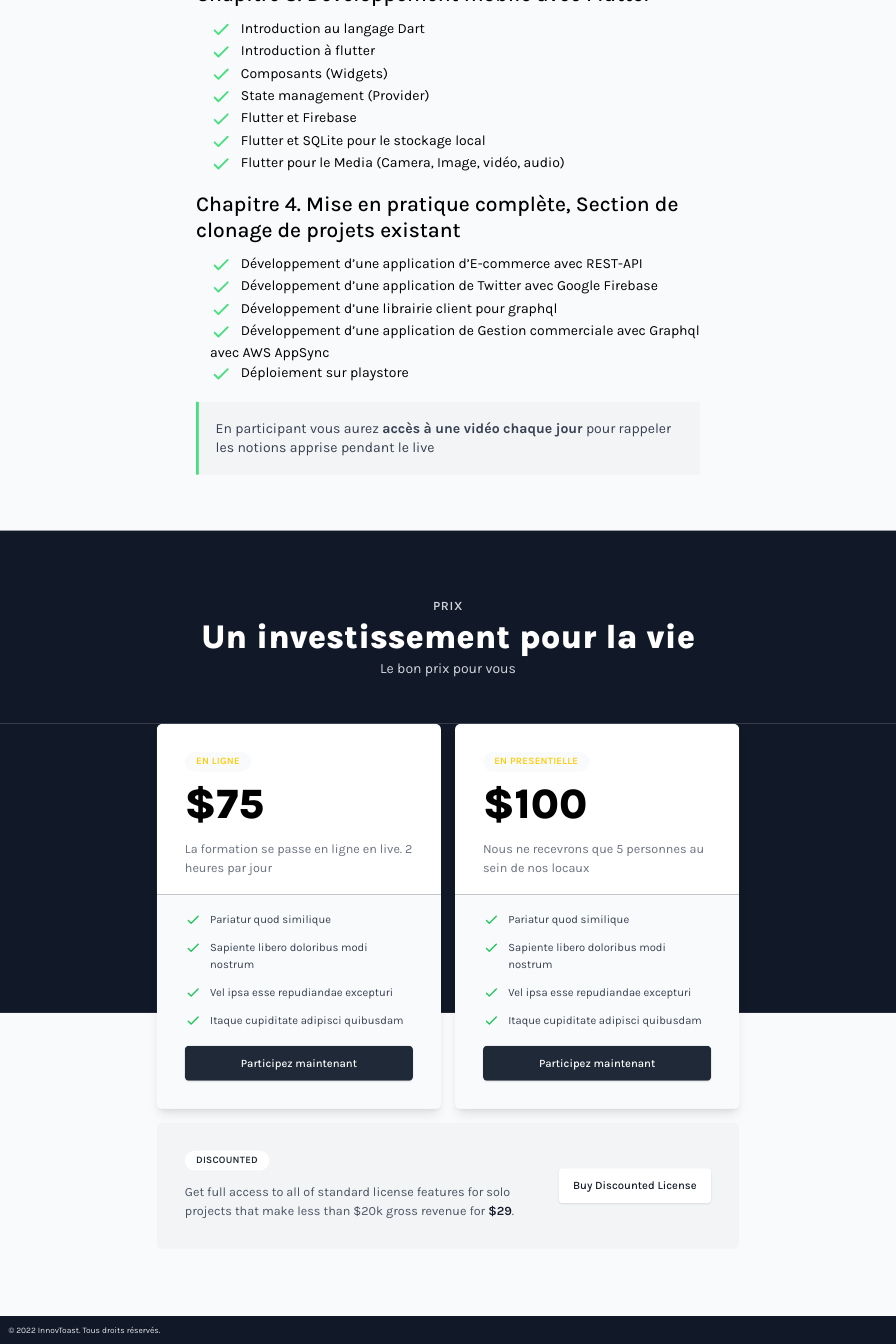
Repository: alfredlwanzo/course
Page: /
The author's editor kept a copy of each file at every save. The page is drawn from the files as they stood at one save, then again after the next save.
The browser window is 1280 px wide. The pictures show the part of the page from y = 1730 to 3650 px (the page is 3650 px tall), at 70% of full size.
The project was rebuilt for these pictures with package versions that can differ from the ones it lists, and the page was loaded fresh each time. The framework's server and built-in components were replaced by stand-ins that run in the browser. Also part of the build but not shown: next.config.js.

Above is the page before, as saved 2022-08-09 13:13:10.

After the next save:
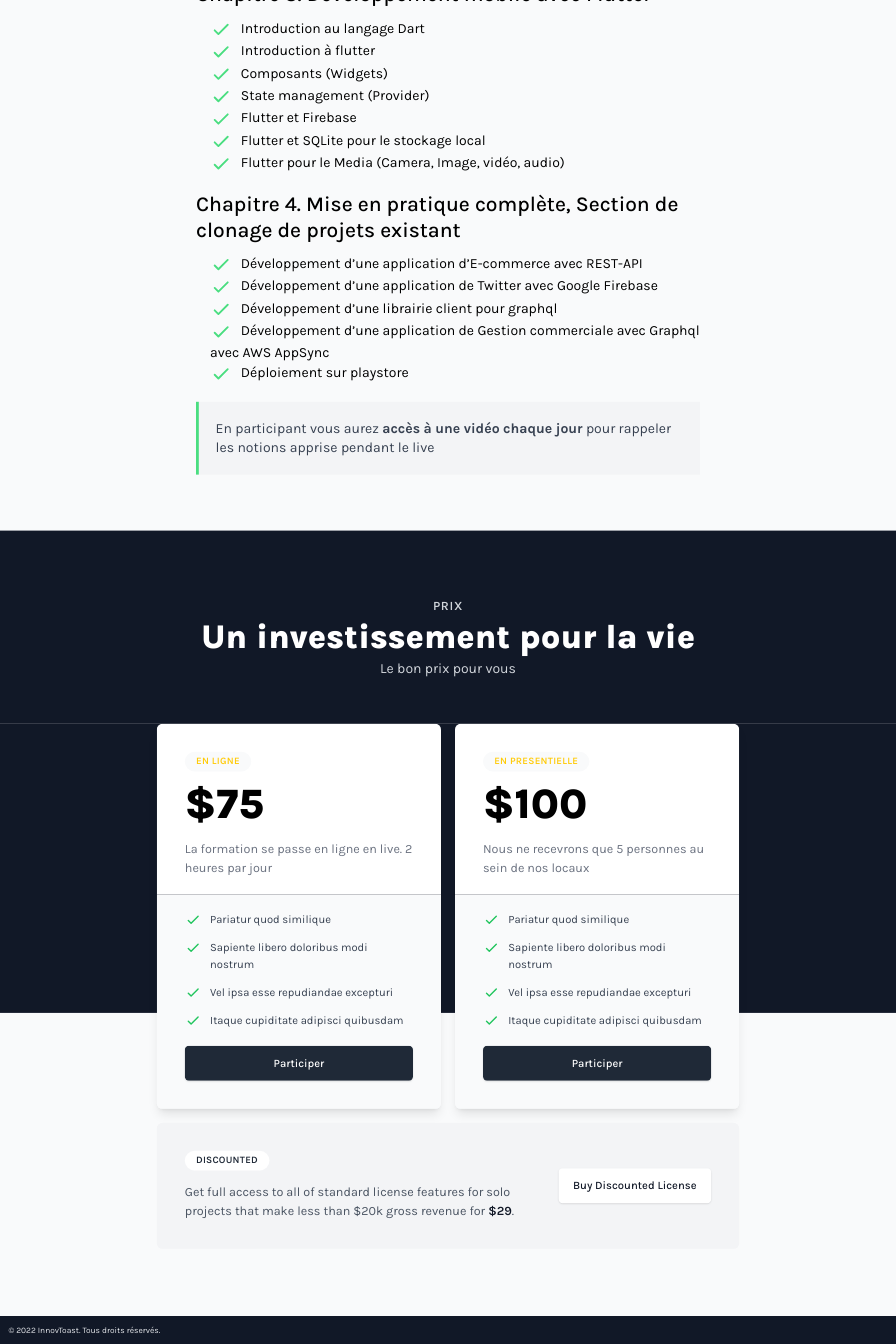
Saved 15 s later.
--- a/src/components/sections/Pricing.tsx
+++ b/src/components/sections/Pricing.tsx
@@ -81,7 +81,7 @@
                         className="flex items-center justify-center px-5 py-3 border border-transparent text-base font-medium rounded-md text-white bg-gray-800 hover:bg-gray-900"
                         aria-describedby="tier-standard"
                       >
-                        Participez maintenant
+                        Participer
                       </a>
                     </div>
                   </div>
